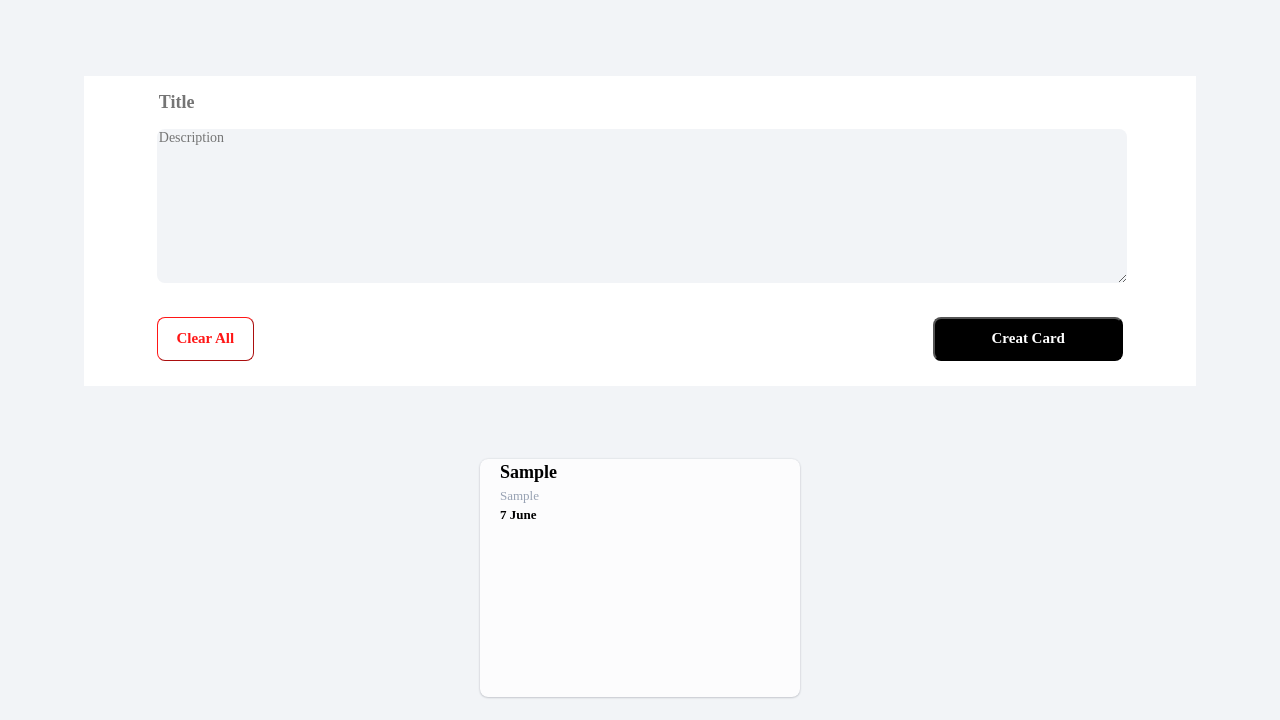
Repository: ReyhanehRahmani/TO-DO
Page: index.html
These files come from the project's save history. The page is drawn as it stood at one moment and after the next save; the edit follows.
The browser window is 1280 px wide. The pictures show the whole page.
Empty fields were first filled with sample values (such as "Sample", 5 or name@example.com).
After loading, the first visible `#creatbut` was clicked once.

Above is the page before, as saved 2025-06-08 10:46:48.

### index.html
<!DOCTYPE html>

<html lang="en">

    <head>

        <meta name="viewport" content="width=device-width, initial-scale=1.0" />

        <title>TO-DO</title>

        <link rel="icon" type="image/jpg" href="favicon.png">

        <link rel="stylesheet" href="style.css">

    </head>
    <body>
        <div id="main-card">
            <div id="content">
                <div >
                <div id="title">
                    <input type="text" id="titlebox" minlength="3" maxlength="30" placeholder="Title">
                </div>
                <div id="description">
                    <textarea type="text" id="descriptionbox" maxlength="200" placeholder="Description"></textarea>
                </div>
                </div>

                <div id="buttons">
                    <div id="clear"><button id="clearbut">Clear All</button></div>
                    <div id="creat"><button id="creatbut">Creat Card</button></div>
                </div>
            </div>
        </div>
        <div id="cardsContainer"></div>
        <script src="script.js"></script>
    </body>

### style.css
body{
    background-color: #F2F4F7;
}



#main-card{
    margin-left: 6%;
    margin-right: 6%;
    margin-top: 6%;
    background-color: #FFFFFF;
}

#content{
    margin-right: 6.557377049%;
    margin-left: 6.557377049%;
    margin-top: 6.557377049%;
    margin-bottom: 6.557377049%;
}

#titlebox{
    font-family: Poppins;
    font-weight: 700;
    font-size: 18px;
    line-height: 150%;
    letter-spacing: -2%;
    border: none;
    width: 100%;
    height: 51px;
}

#descriptionbox{
    border: none;
    width: 100%;
    font-family: 'Poppins';
    font-weight: 500;
    font-size: 14px;
    line-height: 100%;
    letter-spacing: -3%;
    height: 150px;
    border-radius: 8px;
    background: #F2F4F7;

}

#content{
    display: flex;
    flex-direction: column;
    justify-content: space-between;
    gap: 30px;
}

#buttons{
    display: flex;
    justify-content: space-between;
    gap: 12px;
    margin-bottom: 25px;
}

#clear{
    text-align: center;
    justify-content: center;
}

#clearbut{
    height: 44px;
    border-radius: 8px;
    border-width: 1.4px;
    border-color: #FF1616;
    background-color: #FFFFFF;
    font-family: 'Poppins';
    font-weight: 700;
    font-size: 15px;
    line-height: 100%;
    letter-spacing: -3%;
    color: #FF1616;
    white-space: nowrap;
    width: 97px;

}

#creat{
    text-align: center;
    justify-content: center;
}

#creatbut{
    height: 44px;
    border-radius: 8px;
    background: #000000;
    font-family: 'Poppins';
    font-weight: 600;
    font-size: 15px;
    line-height: 100%;
    letter-spacing: -3%;
    color: #FFFFFF;
    width: 190px;

}

.cardsContainer{
    justify-content: center;
}


.card {
    width: 320px;
    height: 238px;
    border-radius: 8px;
    background: #FCFCFD;
    box-shadow: 0px 0.5px 2px 0px #1018284D;
    justify-self: center;
    position: relative;
}

.cardItems{
    justify-self: center;
}

.cardTitle{
    font-family: Poppins;
    font-weight: 700;
    font-size: 18px;
    line-height: 150%;
    letter-spacing: -2%;
    margin-left: 6.25%;
    margin-top: 30px;
}

.cardDate{
    font-family: Poppins;
    font-weight: 600;
    font-size: 13px;
    line-height: 150%;
    letter-spacing: -2%;
    margin-left: 6.25%;

}

.cardDesc{
    font-family: Poppins;
    font-weight: 500;
    font-size: 13px;
    line-height: 150%;
    letter-spacing: -2%;
    color: #98A2B3;
    margin-left: 6.25%;

}

### script.js
document.getElementById("creatbut").onclick = function () {

    const title = document.getElementById("titlebox").value.trim();
    const desc = document.getElementById("descriptionbox").value.trim();

    const card = document.createElement("div");
    card.classList.add("card");

    const cardItems =document.createElement("div");
    card.classList.add("cardItem");

    card.appendChild(cardItems);

    const titleElem = document.createElement("div");
    titleElem.classList.add("cardTitle");
    titleElem.textContent = title;

    const descElem = document.createElement("div");
    descElem.classList.add("cardDesc");
    descElem.textContent = desc;

    const dateElem = document.createElement("div");
    dateElem.classList.add("cardDate");

    const now = new Date();
    const day = now.getDate();
    const monthNames = ["January", "February", "March", "April", "May", "June","July", "August", "September", "October", "November", "December"];

    const month = monthNames[now.getMonth()];

    const formattedDate = day + " " + month;

    dateElem.textContent = formattedDate;

    cardItems.appendChild(titleElem);
    cardItems.appendChild(descElem);
    cardItems.appendChild(dateElem);

    document.getElementById("cardsContainer").appendChild(card);

    document.getElementById("titlebox").value = "";
    document.getElementById("descriptionbox").value = "";
};

After the next save:
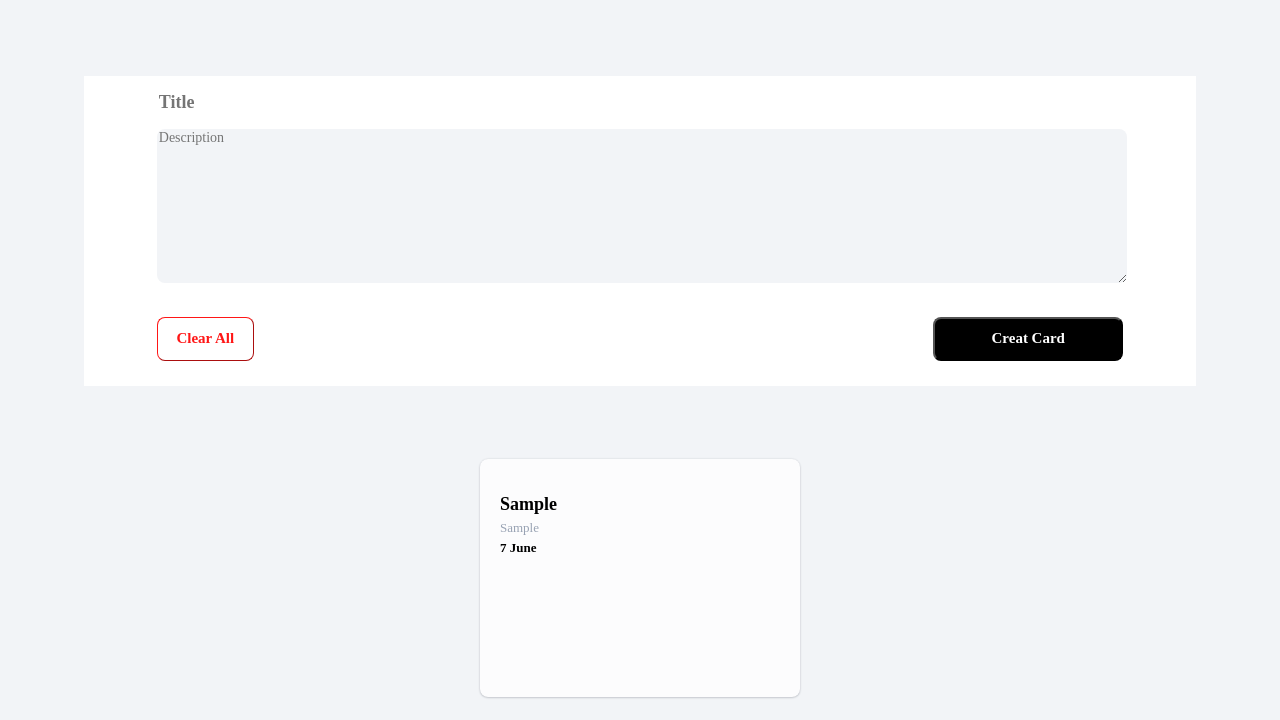
Saved 108 s later.
--- a/style.css
+++ b/style.css
@@ -113,9 +113,6 @@ body{
     position: relative;
 }
 
-.cardItems{
-    justify-self: center;
-}
 
 .cardTitle{
     font-family: Poppins;
@@ -125,6 +122,7 @@ body{
     letter-spacing: -2%;
     margin-left: 6.25%;
     margin-top: 30px;
+    padding-top: 10.1%;
 }
 
 .cardDate{
